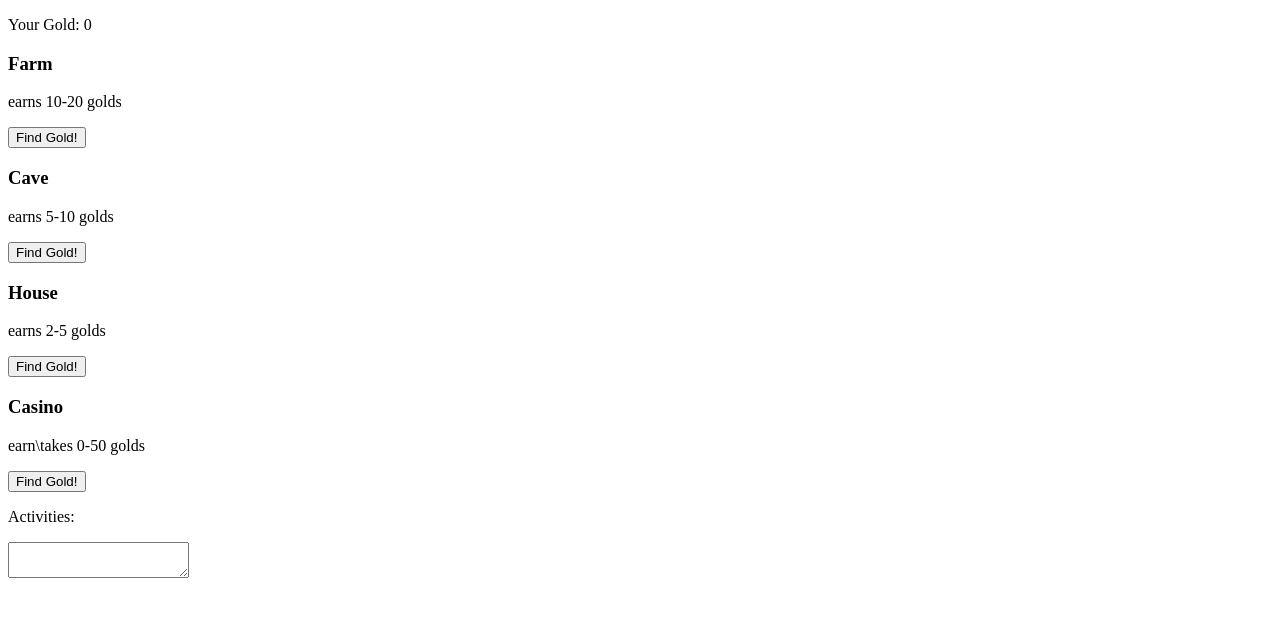
Repository: bvnger/Ninja_gold_flask
Page: http://localhost/
These files come from the project's save history. The page is drawn as it stood at one moment and after the next save; the edit follows.
The browser window is 1280 px wide. The pictures show the whole page.
The page is served by the project's application, run on Flask 3 (server.py).

Above is the page before, as saved 2019-11-04 13:14:59.

### templates/index.html
<!DOCTYPE html>
<html lang="en">
<head>
    <meta charset="UTF-8">
    <meta name="viewport" content="width=device-width, initial-scale=1.0">
    <meta http-equiv="X-UA-Compatible" content="ie=edge">
    <title>Document</title>
</head>
<body>
    <div class ="container" action ="/process">
        <div class ="top">
        <p>Your Gold: {{session['gold']}}

        </div>
        <div class ="mid">
<!-- ########################             -->
<form class="farm" action="/process" method="POST">
    <h3>Farm</h3>
    <p>earns 10-20 golds</p>
    <input type="hidden" name="building"  value="farm"></input>
    <button type="submit">Find Gold!</button>
</form>
<form class="Cave">
    <h3>Cave</h3>
    <p>earns 5-10 golds</p>
    <input type="hidden" name="building"  value="cave"></input>
    <button type="submit">Find Gold!</button>
</form>
<form class="House">
    <h3>House</h3>
    <p>earns 2-5 golds</p>
    <input type="hidden" name="building"  value="house"></input>
    <button type="submit">Find Gold!</button>
</form>
<form class="Casino">
    <h3>Casino</h3>
    <p>earn\takes 0-50 golds</p>
    <input type="hidden" name="building"  value="casino"></input>
    <button type="submit">Find Gold!</button>
</form>
        </div>
        <div class ="bot">
            <p>Activities:</p>
            <textarea>
                        {{message}}
            </textarea>

        </div>
    </div>

</body>
</html>

### server.py
from flask import Flask, render_template, request, redirect, session
from datetime import datetime
import random
app = Flask(__name__)
app.secret_key="qwertyuiop"

@app.route('/')
def hello_world():
    gold ="gold"
    if "gold" not in session:
        session["gold"]= 0
    if "counter" not in session:
        session["counter"]=0
    if "activities" not in session:
        session["activities"]=[]
    return render_template("index.html")

@app.route("/process", methods=["POST"])

def processgold():
    date_time = datetime.now()
    print(session)
    print(request.form)
    if request.form["building"] == "farm":
            place = "farm"
            gold = random.randint(10,20)
            session["gold"]+= gold
            session['counter'] += 1
            message = f"You have visited {place} and gained {gold} gold! {date_time}"
            session['activities'].insert(0,message)
            return redirect('/')
    if request.form["building"] == "cave":
        place =  "cave"
        gold = random.randint(5,10)
        session['gold']+= gold
        session['counter'] += 1
        message = f"You have visited {place} and gained {gold} gold! {date_time}"
        session['activities'].insert(0,message)
        return redirect('/')
    if request.form["building"] == "house":
        place = "house"
        gold =random.randint(2,5)
        session['gold']+= gold
        session['counter'] += 1
        message = f"You have visited {place} and gained {gold} gold! {date_time}"
        session['activities'].insert(0,message)
        return redirect('/')
    if request.form["building"] == "casino":
        place = "casino"
        gold = random.randint(0,100) -50
        session['gold']+= gold
        session['counter'] += 1
        message = f"You have visited {place} and gained {gold} gold! {date_time}"
        session['activities'].insert(0,message)
        return redirect('/')
    return redirect('/')

@app.route('/reset')
def reset(request):
    request.session.clear()
    return redirect('/')


if __name__=="__main__":
    app.run(debug=True)

After the next save:
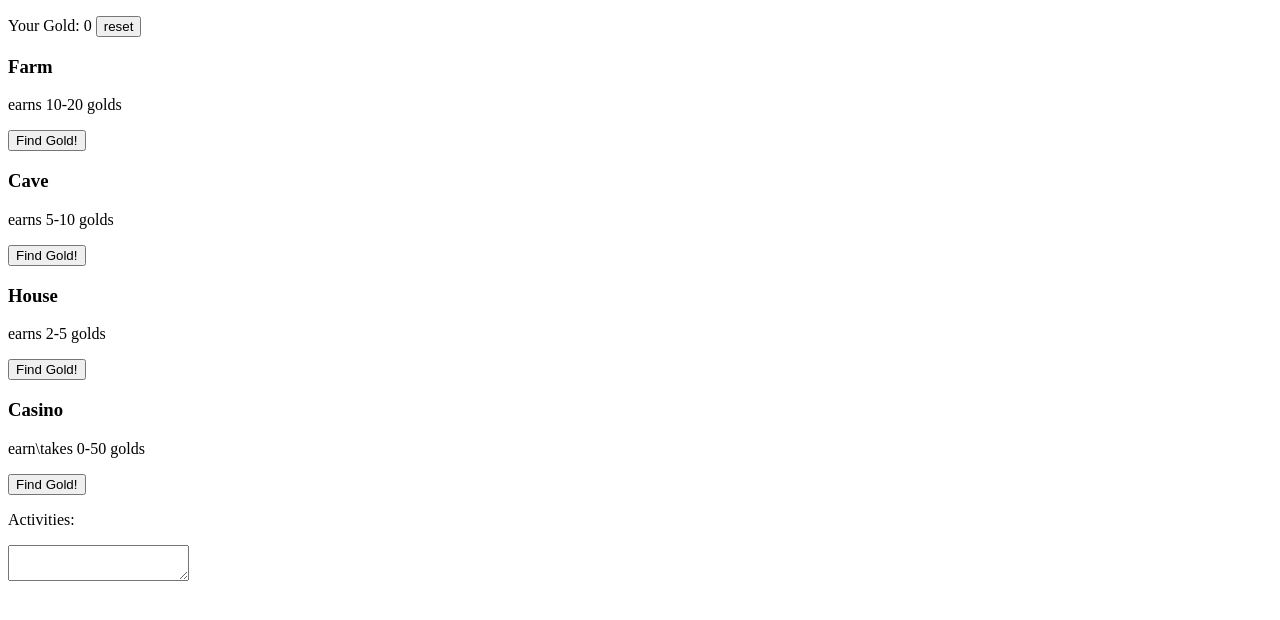
Saved 37 s later.
--- a/templates/index.html
+++ b/templates/index.html
@@ -7,10 +7,11 @@
     <title>Document</title>
 </head>
 <body>
+
     <div class ="container" action ="/process">
         <div class ="top">
         <p>Your Gold: {{session['gold']}}
-
+        <button> reset</button>
         </div>
         <div class ="mid">
 <!-- ########################             -->
